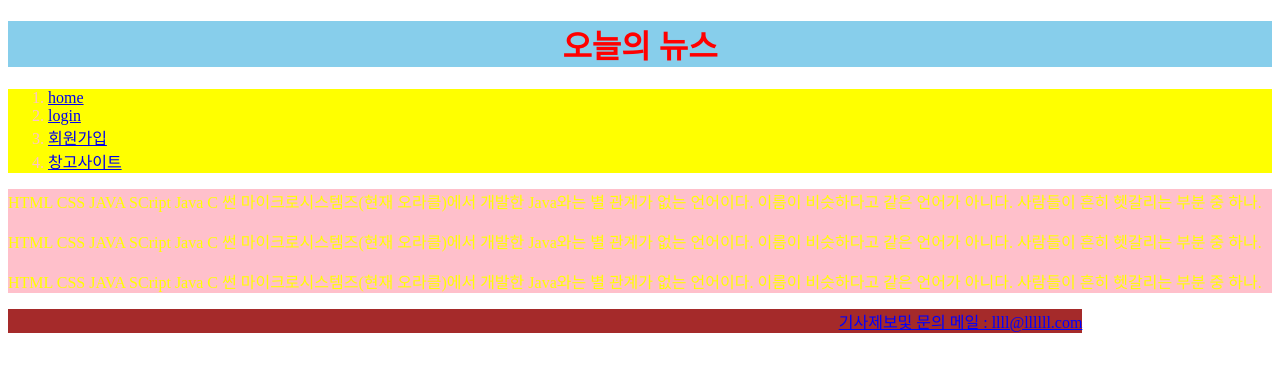
Repository: ssleap/multicampusIoT
Page: workspace190520/edu2/WebContent/test02.html
These files come from the project's save history. The page is drawn as it stood at one moment and after the next save; the edit follows.
The browser window is 1280 px wide. The pictures show the whole page.

Above is the page before, as saved 2019-05-22 06:48:06.

### workspace190520/edu2/WebContent/test02.html
<!DOCTYPE html>
<html>
<head>
<meta charset="UTF-8">
<meta name = "viewport" content ="width=device-width, initial-scale=1">
<title>Insert title here</title>
<style>

	#header{
		width :100%;
		text-align: center;
		background: skyblue;
		color : red;

	}
	#footer{

		width : 85%;
		text-decoration: underline;
		text-align: right;
		color: blue;
		font:italic;
		background-color: brown;

	}

	#menu{

		color: pink;
		text-align: left;
		background-color: yellow;
	}

	#main{

		color : yellow;
		background-color: pink;

	}

</style>
</head>
<body>

	<div id = "header">

		<h1>오늘의 뉴스</h1>

	</div>

	<div id = "contents" >

		<div id = "menu">

			<ol>

				<li><a href = "#">home</a></li>
				<li><a href = "#">login</a></li>
				<li><a href = "#">회원가입</a></li>
				<li><a href = "#">창고사이트</a></li>

			</ol>

		</div>

		<div id = "main">

			<p>

				HTML CSS JAVA SCript Java C
				썬 마이크로시스템즈(현재 오라클)에서 개발한
				Java와는 별 관계가 없는 언어이다.
				이름이 비슷하다고 같은 언어가 아니다.
				사람들이 흔히 헷갈리는 부분 중 하나.

			</p>

			<p>

				HTML CSS JAVA SCript Java C
				썬 마이크로시스템즈(현재 오라클)에서 개발한
				Java와는 별 관계가 없는 언어이다.
				이름이 비슷하다고 같은 언어가 아니다.
				사람들이 흔히 헷갈리는 부분 중 하나.

			</p>

			<p>

				HTML CSS JAVA SCript Java C
				썬 마이크로시스템즈(현재 오라클)에서 개발한
				Java와는 별 관계가 없는 언어이다.
				이름이 비슷하다고 같은 언어가 아니다.
				사람들이 흔히 헷갈리는 부분 중 하나.

			</p>

		</div>

	</div>

	<div id = "footer">
		기사제보및 문의 메일 : llll@llllll.com
	</div>

</body>
</html>

After the next save:
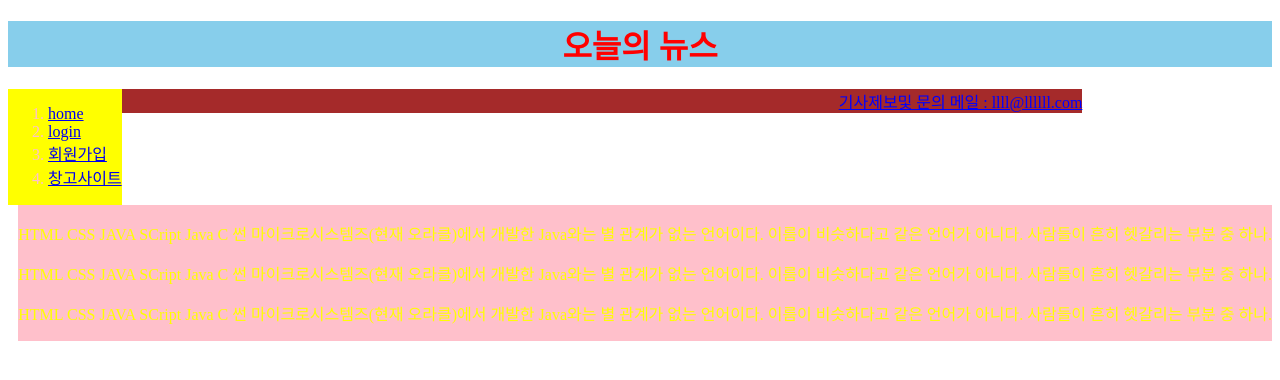
Saved 4 min 56 s later.
--- a/workspace190520/edu2/WebContent/test02.html
+++ b/workspace190520/edu2/WebContent/test02.html
@@ -29,12 +29,14 @@
 		color: pink;
 		text-align: left;
 		background-color: yellow;
+		float : left;
 	}
 
 	#main{
 
 		color : yellow;
 		background-color: pink;
+		float : right;
 
 	}
 
